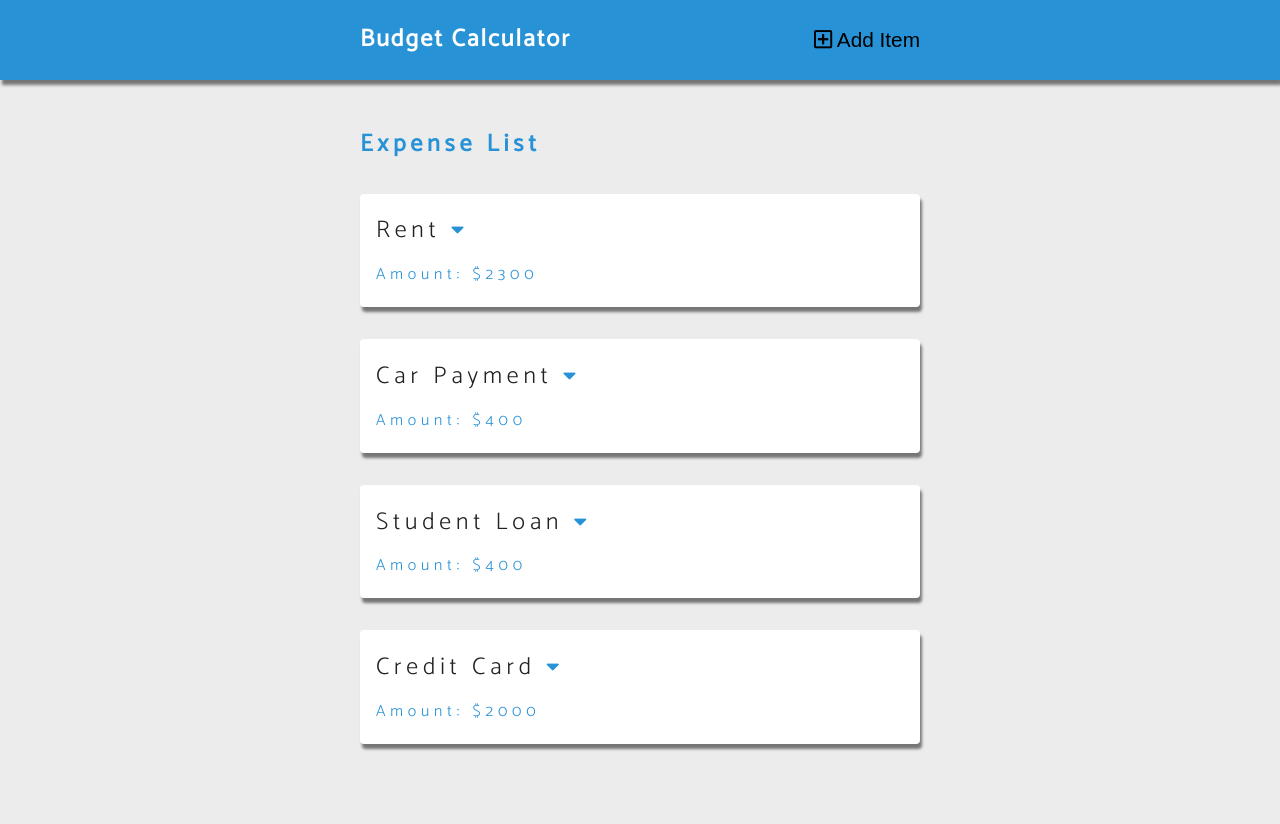
Repository: webdril/budget
Page: /
An editor plug-in stored every save of this project. The page is shown before and after the next save, followed by the edit.
The browser window is 1280 px wide. The pictures show the whole page.
The project was rebuilt for these pictures with package versions that can differ from the ones it lists, and the page was loaded fresh each time.

Above is the page before, as saved 2020-03-02 19:42:58.

### public/index.html
<!DOCTYPE html>
<html lang="en">
<head>
	<meta charset='utf-8'>
	<meta name='viewport' content='width=device-width,initial-scale=1'>

	<title>Budget Calculator</title>

	<link rel='icon' type='image/png' href='/favicon.png'>
	<link rel='stylesheet' href='/global.css'>
	<link rel='stylesheet' href='/build/bundle.css'>
	<!-- Font Awesome -->
	<link rel="stylesheet" href="fontawesome-free-5.11.2-web/css/all.min.css">

	<script defer src='/build/bundle.js'></script>
</head>

<body>
</body>
</html>

### src/App.svelte
<script>
// components
import Navbar from './Navbar.svelte'
import ExpensesList from './ExpensesList.svelte'

// Data
import expensesData from './expenses';

// variables
let expenses = [...expensesData];
</script>

<!-- CSS/STYLING -->

<Navbar />
<main class="content">
	<ExpensesList {expenses}/>
</main>

### src/Navbar.svelte
<nav class="nav">
	<div class="nav-center">
		<h1 class="nav-title">Budget Calculator</h1>
		<button type="button" class="nav-btn">
			<i class="far fa-plus-square" />
			Add Item
		</button>
	</div>
</nav>

### src/ExpensesList.svelte
<script>
import SectionTitle from './Title.svelte';
import Expense from './Expense.svelte';
export let expenses = [];
</script>

<style>
    h2 {
        text-transform: capitalize;
    }
</style>

<section>
    <SectionTitle title= 'expense list' />
    <ul>
        {#each expenses as expense, index}
            <!-- <Expense {expense}/> -->
            <!-- Anothr way below -->
            <Expense {...expense}/>
            {:else}
                <h2>Currently you have no expenses</h2>
        {/each}
    </ul>
</section>

### src/Title.svelte
<script>
export let title = "default title";

</script>


<div class="main-title">
 <h2>{title}</h2>
</div>

### src/Expense.svelte
<script>
// export let expense
// let {name, amount} = expense
// Another method below
export let id;
export let name = "";
export let amount =0;

</script>

<article class="single-expense">
    <div class="expense-infor">
        <h2>{name}
            <button class="amount-btn">
                <i class="fas fa-caret-down" />
            </button>
        </h2>
        <h4>amount: ${amount}</h4>
    </div>
    <div class="expense-button">
        <button class="expense-btn edit-btn"></button>
    </div>
</article>

### public/global.css
/*
======
Fonts
======
*/
@import url("https://fonts.googleapis.com/css?family=Catamaran:300,400&display=swap");
/*
======
Variables
======
*/
:root {
  --primaryColor: #2892d7;
  --mainWhite: #fff;
  --offWhite: #f7f7f7;
  --mainBlack: #222;
  --mainGrey: #ececec;
  --darkGrey: #afafaf;
  --mainTransition: all 0.3s linear;
  --mainSpacing: 0.3rem;
  --lightShadow: 2px 5px 3px 0px rgba(0, 0, 0, 0.5);
  --darkShadow: 4px 10px 5px 0px rgba(0, 0, 0, 0.5);
  --mainBorderRadius: 0.25rem;
}
/*
======
Global Styles
======
*/
* {
  margin: 0;
  padding: 0;
  box-sizing: border-box;
}

body {
  font-family: "Catamaran", sans-serif;
  color: var(--mainBlack);
  background: var(--mainGrey);
  line-height: 1.4;
  font-size: 1rem;
  font-weight: 300;
}
h1,
h2,
h3,
h4,
h5,
h6 {
  font-family: "Catamaran", sans-serif;
  margin-bottom: 1.25rem;
  letter-spacing: var(--mainSpacing);
}
p {
  margin-bottom: 1.25rem;
}
ul {
  list-style-type: none;
}
a {
  text-decoration: none;
  color: var(--mainBlack);
}
/*
======
Buttons
======
*/
.btn,
.btn-white,
.btn-primary {
  text-transform: uppercase;
  letter-spacing: var(--mainSpacing);
  color: var(--primaryColor);
  border: 2px solid var(--primaryColor);
  padding: 0.45rem 0.8rem;
  display: inline-block;
  transition: var(--mainTransition);
  cursor: pointer;
  font-size: 0.8rem;
  border-radius: var(--mainBorderRadius);
  background: transparent;
}
.btn:hover {
  background: var(--primaryColor);
  color: var(--mainWhite);
}
.btn-white {
  background: transparent;
  color: var(--primaryColor);
  border-color: var(--primaryColor);
}
.btn-white:hover {
  background: var(--mainWhite);
  color: var(--primaryColor);
}
.btn-primary {
  background: var(--primaryColor);
  color: var(--mainWhite);
  border-color: var(--primaryColor);
}
.btn-primary:hover {
  background: transparent;
  color: var(--primaryColor);
}
.btn-block {
  width: 100%;
  display: block;
  margin: 0 auto;
  box-shadow: var(--lightShadow);
}
.disabled {
  color: var(--darkGrey);
  border-color: var(--darkGrey);
}
.disabled:hover {
  background: transparent;
  color: var(--darkGrey);
  border-color: var(--darkGrey);
}
/*
======
Navbar
======
*/
.nav {
  background: var(--primaryColor);
  height: 5rem;
  display: flex;
  align-items: center;
  box-shadow: var(--lightShadow);
}

.nav-center {
  width: 85%;
  max-width: 35rem;
  margin: 0 auto;
  display: flex;
  justify-content: space-between;
}
.nav-title {
  text-transform: capitalize;
  color: var(--mainWhite);
  margin-bottom: 0;
  letter-spacing: 2px;
}
.nav-btn {
  background: transparent;
  font-size: 1.3rem;
  border: none;
  cursor: pointer;
  text-transform: capitalize;
  transition: var(--mainTransition);
}
.nav-btn:hover {
  color: var(--darkGrey);
}
/*
======
Content
======
*/
.content {
  padding: 3rem 0;
  width: 85vw;
  max-width: 35rem;
  margin: 0 auto;
}

/*
======
Main Title
======
*/
.main-title {
  text-transform: capitalize;
  color: var(--primaryColor);
  margin-bottom: 2rem;
}
/*
======
Single Expense
======
*/
.single-expense {
  display: flex;
  justify-content: space-between;
  text-transform: capitalize;
  align-items: center;
  margin-bottom: 2rem;
  padding: 1.3rem 1rem;
  border-radius: var(--mainBorderRadius);
  background: var(--mainWhite);
  box-shadow: var(--lightShadow);
}
.single-expense h2 {
  margin-bottom: 0;
  font-weight: 300;
}
.single-expense h4 {
  margin-bottom: 0;
  margin-top: 1rem;
  font-weight: 300;
  color: var(--primaryColor);
}

.expense-btn {
  font-size: 1rem;
  background: transparent;
  border: none;
  margin: 0 0.4rem;
  transition: var(--mainTransition);
  cursor: pointer;
}
.expense-btn:hover {
  transform: scale(1.2);
}
.amount-btn {
  font-size: 1.3rem;
  background: transparent;
  border: none;
  cursor: pointer;
  color: var(--primaryColor);
}
.delete-btn {
  color: red;
}
.edit-btn {
  color: green;
}
/*
======
Expense Form
======
*/

.expense-form {
  background: var(--mainWhite);
  padding: 1.25rem 1rem;
  text-transform: capitalize;
  border-radius: var(--mainBorderRadius);
  box-shadow: var(--lightShadow);
}

.form-control label {
  display: block;
}
.form-control input {
  width: 100%;
  border: none;
  border-bottom: 2px solid var(--darkGrey);
  margin-bottom: 1.25rem;
  padding: 0.5rem;
  font-size: 1.2rem;
}
.form-empty {
  text-align: center;
  color: red;
}
.form {
  position: relative;
  margin-bottom: 5rem;
}
.close-btn {
  position: absolute;
  top: 0;
  right: 0;
  font-size: 1.2rem;
  text-transform: capitalize;
  display: flex;
  align-items: center;
  width: 4.2rem;
  justify-content: space-between;
  background: transparent;
  border: none;
  color: red;
  cursor: pointer;
}
/*
======
Modal
======
*/
.modal-container {
  position: fixed;
  top: 0;
  left: 0;
  right: 0;
  bottom: 0;
  background: rgba(0, 0, 0, 0.7);
  z-index: 2;
}
.modal-content {
  background: var(--mainWhite);
  width: 85vw;
  max-width: 35rem;
  margin: 0 auto;
  margin-top: 5rem;
  padding: 3rem;
  border-radius: var(--mainBorderRadius);
  position: relative;
}
.modal-content .expense-form {
  box-shadow: none;
}
.modal-container .form {
  margin-bottom: 0;
}
.modal-container .expense-form {
  padding: 1.25rem 0;
}
.modal-container .form {
  position: static;
}
.modal-container .close-btn {
  top: 2%;
  right: 3%;
}
/*
======
Github Users
======
*/

.user {
  margin: 2rem 0;
  box-shadow: var(--lightShadow);
  display: grid;
  grid-template-columns: auto 1fr;
  border-radius: var(--mainBorderRadius);
  grid-column-gap: 2rem;
  background: var(--mainWhite);
}
.user img {
  width: 6rem;
  border-top-left-radius: var(--mainBorderRadius);
  border-bottom-left-radius: var(--mainBorderRadius);
}
.user-info {
  padding-top: 0.75rem;
}
.user-info h3 {
  margin-bottom: 0.75rem;
}

Loaded but not shown: src/main.js (common file); src/expenses.js (common file); public/fontawesome-free-5.11.2-web/css/all.min.css (library)

After the next save:
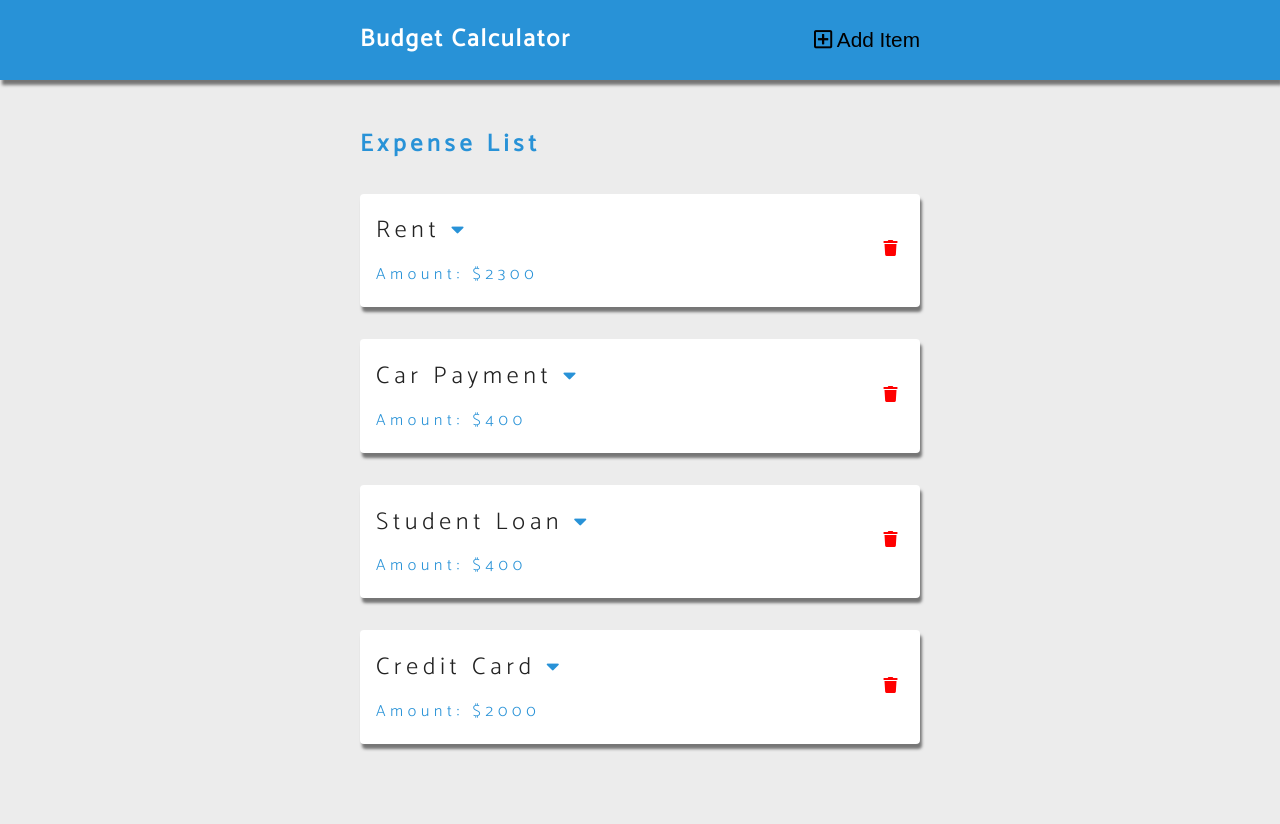
Saved 84 s later.
--- a/src/Expense.svelte
+++ b/src/Expense.svelte
@@ -18,6 +18,8 @@ export let amount =0;
         <h4>amount: ${amount}</h4>
     </div>
     <div class="expense-button">
-        <button class="expense-btn edit-btn"></button>
+        <button class="expense-btn delete-btn">
+            <i class="fas fa-trash" />
+        </button>
     </div>
 </article>
